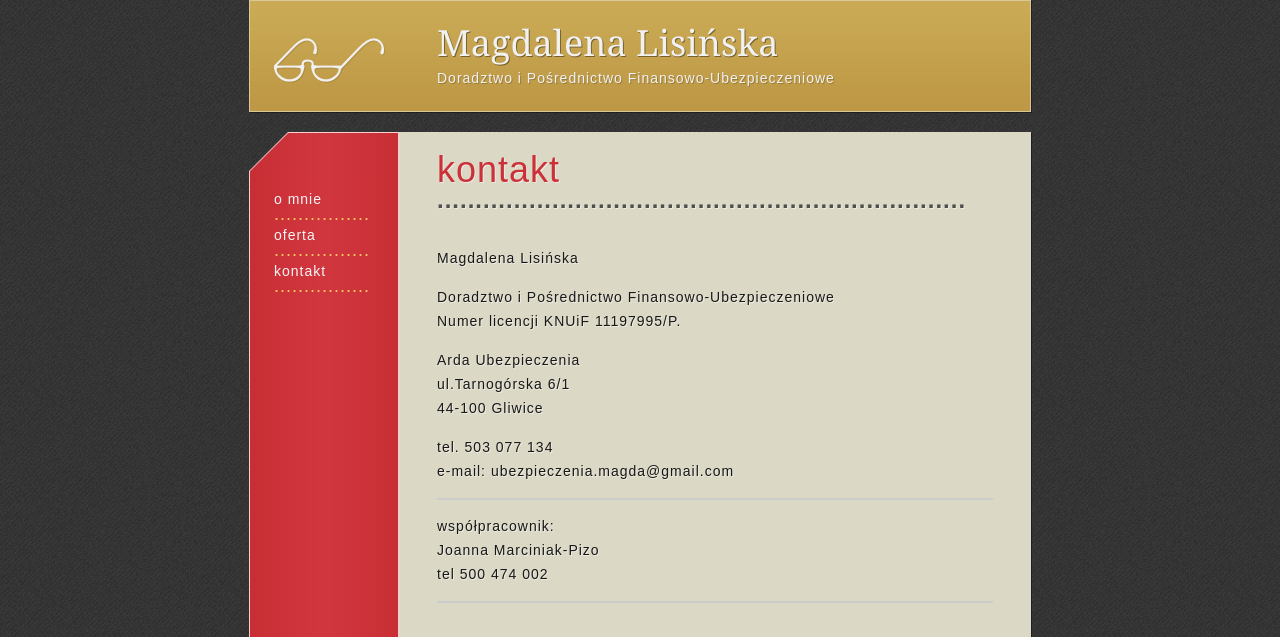
Repository: gabr/php_elicpse_workspace
Page: Magda Lisinska/kontakt.html
An editor plug-in stored every save of this project. The page is shown before and after the next save, followed by the edit.
The browser window is 1280 px wide. The pictures show the part of the page from y = 0 to 637 px (the page is 1149 px tall before and 1159 px after).
Pictures or frames that could not be fetched are drawn as grey boxes.

Above is the page before, as saved 2013-03-08 14:27:49.

### Magda Lisinska/kontakt.html
<!DOCTYPE HTML>
<html>
<head>
<meta http-equiv="Content-Type" content="text/html; charset=utf-8">
<title>Magdalena Lisińska</title>
<!--
        <meta name="description" content="Add your sites description here">
        <meta name="keywords" content="Add,your,site,keywords,here">
        <link rel="icon" type="image/x-icon" href="../images/favicon.ico">
        -->
<link rel="stylesheet" type="text/css" href="css/reset.css"
  media="screen">
<link rel="stylesheet" type="text/css" href="css/style.css"
  media="screen">
<!-- <script src="js/jquery-1.9.1.js"></script>
        <script src="js/script.js"></script> -->
<!--[if lt IE 9]>
        <script src="js/html5shiv.js"></script>
        <![endif]-->
</head>

<body>
  <!-- head -->
  <div id="header">
    <a href="index.html" id="glasses"></a> <a href="index.html"
      id="header-title">
      <p id="title">Magdalena Lisińska</p>
      <p id="slogan">Doradztwo i Pośrednictwo
        Finansowo-Ubezpieczeniowe</p>
    </a>
    <div class="clear"></div>
  </div>

  <!-- body -->
  <div id="body">
    <!-- menu -->
    <div id="menu">
      <div id="menu-head"></div>
      <div id="menu-body" style="height: 953px">
        <div id="menu-margin"></div>
        <ul>
          <li><a href="index.html">o mnie</a></li>
          <li class="line">................</li>
          <li><a href="#">oferta</a></li>
          <li class="line">................</li>
          <li><a href="#">kontakt</a></li>
          <li class="line">................</li>
        </ul>
      </div>
    </div>
    <!-- content -->
    <div id="content">
      <div>
        <h1>kontakt</h1>
        <div class="line">.....................................................................</div>
        <br>
        <p>Magdalena Lisińska</p>

        <p>
          Doradztwo i Pośrednictwo Finansowo-Ubezpieczeniowe <br>Numer
          licencji KNUiF 11197995/P.
        </p>

        <p>
          Arda Ubezpieczenia <br>ul.Tarnogórska 6/1 <br>44-100
          Gliwice
        </p>

        <p>
          tel. 503 077 134 <br>e-mail: <a target="_blank"
            style="color: #181818"
            href="mailto:ubezpieczenia.magda@gmail.com">ubezpieczenia.magda@gmail.com</a>
        </p>

        <hr>
        <p>
          współpracownik: <br> Joanna Marciniak-Pizo <br> tel
          500 474 002
        </p>
        <hr>

        <iframe width="550" height="450" frameborder="0" scrolling="no"
          marginheight="0" marginwidth="0"
          src="https://mapy.google.pl/maps?f=q&amp;source=s_q&amp;hl=pl&amp;geocode=&amp;q=ul.Tarnog%C3%B3rska+6%2F1+44-100+Gliwice&amp;aq=&amp;sll=50.246665,19.004371&amp;sspn=3.049226,6.174316&amp;t=h&amp;ie=UTF8&amp;hq=&amp;hnear=Tarnog%C3%B3rska+6,+44-102+Gliwice,+%C5%9Bl%C4%85skie&amp;ll=50.306665,18.681908&amp;spn=0.024668,0.047121&amp;z=14&amp;iwloc=A&amp;output=embed">
        </iframe>
        <br /> <a id="google-maps"
          href="https://mapy.google.pl/maps?f=q&amp;source=embed&amp;hl=pl&amp;geocode=&amp;q=ul.Tarnog%C3%B3rska+6%2F1+44-100+Gliwice&amp;aq=&amp;sll=50.246665,19.004371&amp;sspn=3.049226,6.174316&amp;t=h&amp;ie=UTF8&amp;hq=&amp;hnear=Tarnog%C3%B3rska+6,+44-102+Gliwice,+%C5%9Bl%C4%85skie&amp;ll=50.306665,18.681908&amp;spn=0.024668,0.047121&amp;z=14&amp;iwloc=A">
          zobacz na maps.google.pl </a>
      </div>
    </div>
    <div class="clear"></div>

    <!-- footer -->
    <div id="footer">
      <div id="left-footer">
        <p>2013</p>
      </div>
      <div id="right-footer">
        <p>ireneuszgabrys@gmail.com &amp;
          arkadiuszgabrys@gmail.com&ensp;&ensp;&ensp;&ensp;</p>
      </div>
      <div class="clear"></div>
    </div>

  </div>
</body>
</html>

### Magda Lisinska/css/reset.css
/*
html5doctor.com Reset Stylesheet
v1.6.1
Last Updated: 2010-09-17
Author: Richard Clark - http://richclarkdesign.com
Twitter: @rich_clark
*/

html, body, div, span, object, iframe,
h1, h2, h3, h4, h5, h6, p, blockquote, pre,
abbr, address, cite, code,
del, dfn, em, img, ins, kbd, q, samp,
small, strong, sub, sup, var,
b, i,
dl, dt, dd, ol, ul, li,
fieldset, form, label, legend,
table, caption, tbody, tfoot, thead, tr, th, td,
article, aside, canvas, details, figcaption, figure,
footer, header, hgroup, menu, nav, section, summary,
time, mark, audio, video {
margin:0;
padding:0;
border:0;
outline:0;
font-size:100%;
vertical-align:baseline;
background:transparent;
}

body {line-height:1;}

article,aside,details,figcaption,figure,
footer,header,hgroup,menu,nav,section {
display:block; zoom:1;
}

nav ul {list-style:none;}

blockquote, q {quotes:none;}

blockquote:before, blockquote:after,
q:before, q:after {
content:'';
content:none;
}

a {
margin:0;
padding:0;
font-size:100%;
vertical-align:baseline;
background:transparent;
}

/* change colours to suit your needs */
ins {
background-color:#ff9;
color:#000;
text-decoration:none;
}

/* change colours to suit your needs */
mark {
background-color:#ff9;
color:#000;
font-style:italic;
font-weight:bold;
}

del {text-decoration: line-through;}

abbr[title], dfn[title] {
border-bottom:1px dotted;
cursor:help;
}

table {
border-collapse:collapse;
border-spacing:0;
}

/* change border colour to suit your needs */
hr {
display:block;
height:1px;
border:0;
border-top:1px solid #cccccc;
margin:1em 0;
padding:0;
}

input, select {
vertical-align:middle;
}

### Magda Lisinska/css/style.css
/*  Main  */
body {
  background: url(../images/background.png);
  color: #000;
  font-family: Arial, Helvetica, sans-serif;
  font-size: 14px;
  letter-spacing: 1px;
}

p {
  color: #181818;
  text-align: left;
  margin: 0px 0px 15px 0px;
  line-height: 24px;
}

hr {
  background-color: #ccc;
}

a {
  color: #cb3138;
  text-decoration: none;
}

a:hover {
  text-decoration: underline;
}

h1 {
  margin: 20px 0px 0px 0px;
  font-size: 36px;
  color: #cb3138;
  font-weight: normal;
}

img {
  height: 290px;
  float: left;
  margin: 5px 10px 0px 0px;
  border: 1px solid #363636;
  box-shadow: 1px 1px 0px rgba(255, 255, 255, 0.5);
}

.line {
  -webkit-touch-callout: none;
  -webkit-user-select: none;
  -khtml-user-select: none;
  -moz-user-select: none;
  -ms-user-select: none;
  user-select: none;
}

.clear {
  clear: both;
}

/* Header */
#header {
  background: url(../images/header.jpg);
  width: 780px;
  height: 110px;
  margin: 0 auto;
  border: 1px solid #dbc89a;
  box-shadow: 1px 1px 0px rgba(0, 0, 0, 0.4)
}

#glasses {
  background: url(../images/glasses.png);
  width: 112px;
  height: 45px;
  margin: 37px 0px 0px 23px;
  display: block;
  outline: none;
  float: left;
}

#header-title {
  float: left;
  margin: 30px 0px 0px 52px;
  outline: none;
  text-decoration: none;
}

#title {
  margin: 0px 0px 0px 0px;
  color: #f1f1f1;
  text-shadow: 1px 1px 0px rgba(0, 0, 0, 0.4);
  font-family: Georgia, Times New Roman, Times;
  font-size: 36px;
  letter-spacing: 0px;
}

#slogan {
  color: #f1f1f1;
  text-shadow: 1px 1px 0px rgba(0, 0, 0, 0.2);
  margin: 11px 0px 0px 0px;
}

/* Body */
#body {
  margin: 0 auto;
  margin-top: 20px;
  width: 782px;
  box-shadow: 1px 1px 0px rgba(0, 0, 0, 0.4);
}

/* Menu */
#menu {
  float: left;
  width: 150px;
}

#menu-head {
  background: url(../images/menu_head.png);
  height: 40px;
}

#menu-body {
  background: url(../images/menu.jpg);
  min-height: 200px;
}

#menu-margin {
  height: 20px;
}

#menu-body ul {
  width: 100px;
  margin: 0 auto;
  list-style: none;
}

#menu-body a {
  color: #f7f7f7;
  text-decoration: none;
}

#menu-body li>a:hover {
  font-weight: bold;
}

#menu-body li.line {
  font-size: 18px;
  color: #f7cb61;
  margin: -1px 0px 5px 0px;
}

/* Content */
#content {
  float: left;
  width: 632px;
  min-height: 200px;
  background: #dbd8c5;
  text-shadow: 1px 1px 0px rgba(255, 255, 255, 0.5);
  padding-bottom: 20px;
}

#content>div {
  margin: 0px 38px 0px 38px;
}

#content .line {
  margin: 0px 0px 20px 0px;
  font-size: 24px;
  color: #4f4f4f;
  font-weight: bold;
}

#content ul {
  list-style-type: circle;
  list-style-position: inside;
}

#content ul li {
  text-decoration: none;
  font-family: Arial, Helvetica, sans-serif;
  font-size: 14px;
  letter-spacing: 1px;
  color: #181818;
  text-align: left;
  margin: 0px 0px 15px 0px;
  line-height: 24px;
}

#content ul li p {
  margin-left: 13px;
}

#content iframe {
  margin: 20px auto 2px auto;
}

#google-maps {
  float: right;
  margin-right: 6px;
}

/* Footer */
#footer {
  width: 782px;
}

#left-footer {
  background: url(../images/menu.jpg);
  width: 150px;
  height: 20px;
  float: left;
}

#left-footer p {
  color: #f7f7f7;
  text-align: center;
  font-size: 12px;
}

#right-footer {
  float: right;
  width: 632px;
  height: 20px;
  background: #dbd8c5;
}

#right-footer p {
  color: #918e7e;
  text-align: right;
  font-size: 12px;
}

After the next save:
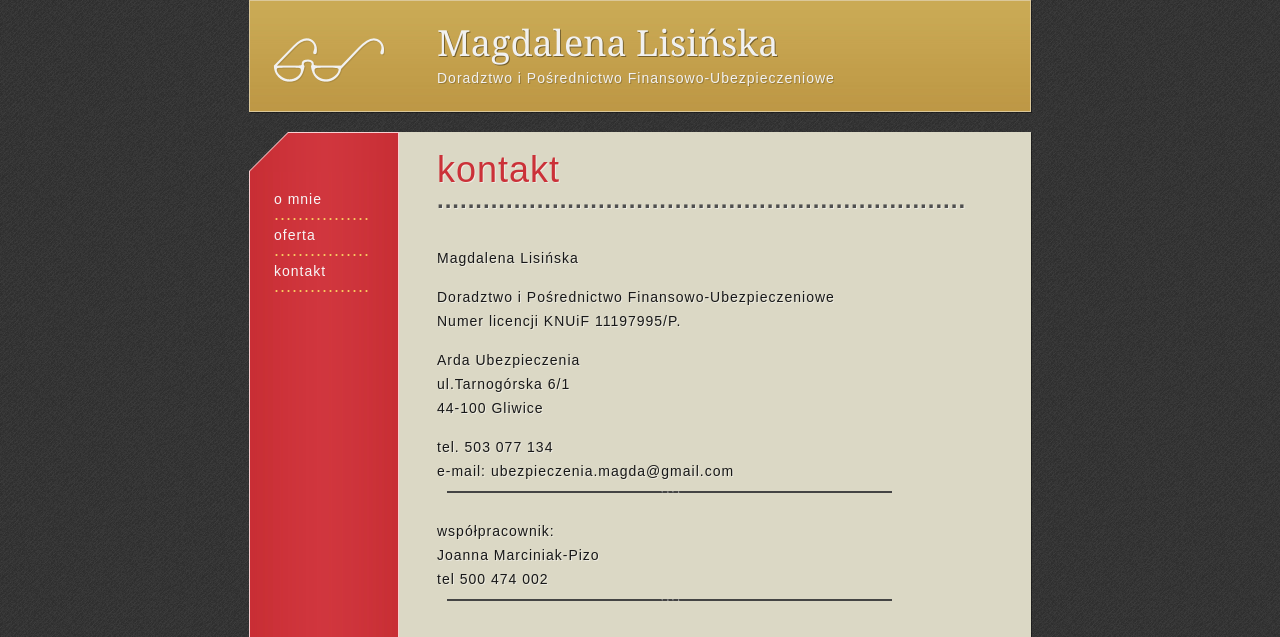
Saved 54 s later.
--- a/Magda Lisinska/css/style.css
+++ b/Magda Lisinska/css/style.css
@@ -16,6 +16,23 @@
 
 hr {
   background-color: #ccc;
+}
+
+hr {
+  background-color: #444;
+  border-width: 0;
+  color: #444;
+  height: 2px;
+  line-height: 0;
+  margin: -.5em 10px 1.8571em 10px;
+  page-break-after: always;
+  text-align: center;
+  width: 80%;
+}
+
+hr:after {
+  content: "\a7\a7";
+  font-size: 1.25em;
 }
 
 a {

After the save that followed:
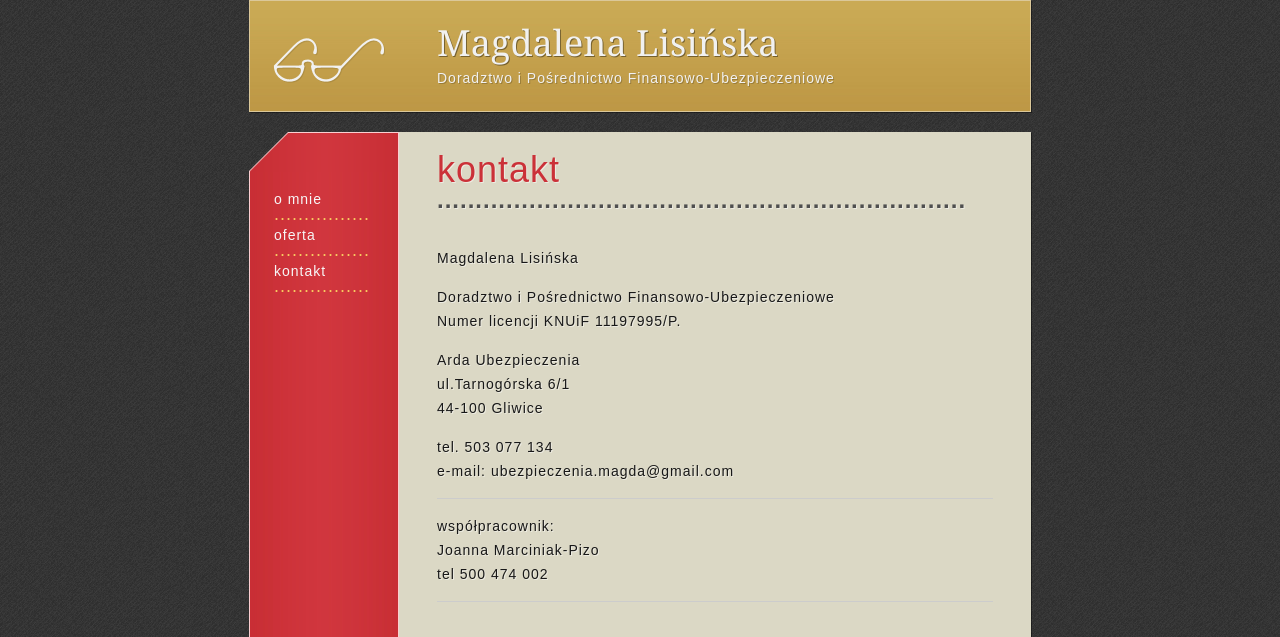
Saved 15 s later.
--- a/Magda Lisinska/css/style.css
+++ b/Magda Lisinska/css/style.css
@@ -12,27 +12,6 @@
   text-align: left;
   margin: 0px 0px 15px 0px;
   line-height: 24px;
-}
-
-hr {
-  background-color: #ccc;
-}
-
-hr {
-  background-color: #444;
-  border-width: 0;
-  color: #444;
-  height: 2px;
-  line-height: 0;
-  margin: -.5em 10px 1.8571em 10px;
-  page-break-after: always;
-  text-align: center;
-  width: 80%;
-}
-
-hr:after {
-  content: "\a7\a7";
-  font-size: 1.25em;
 }
 
 a {
